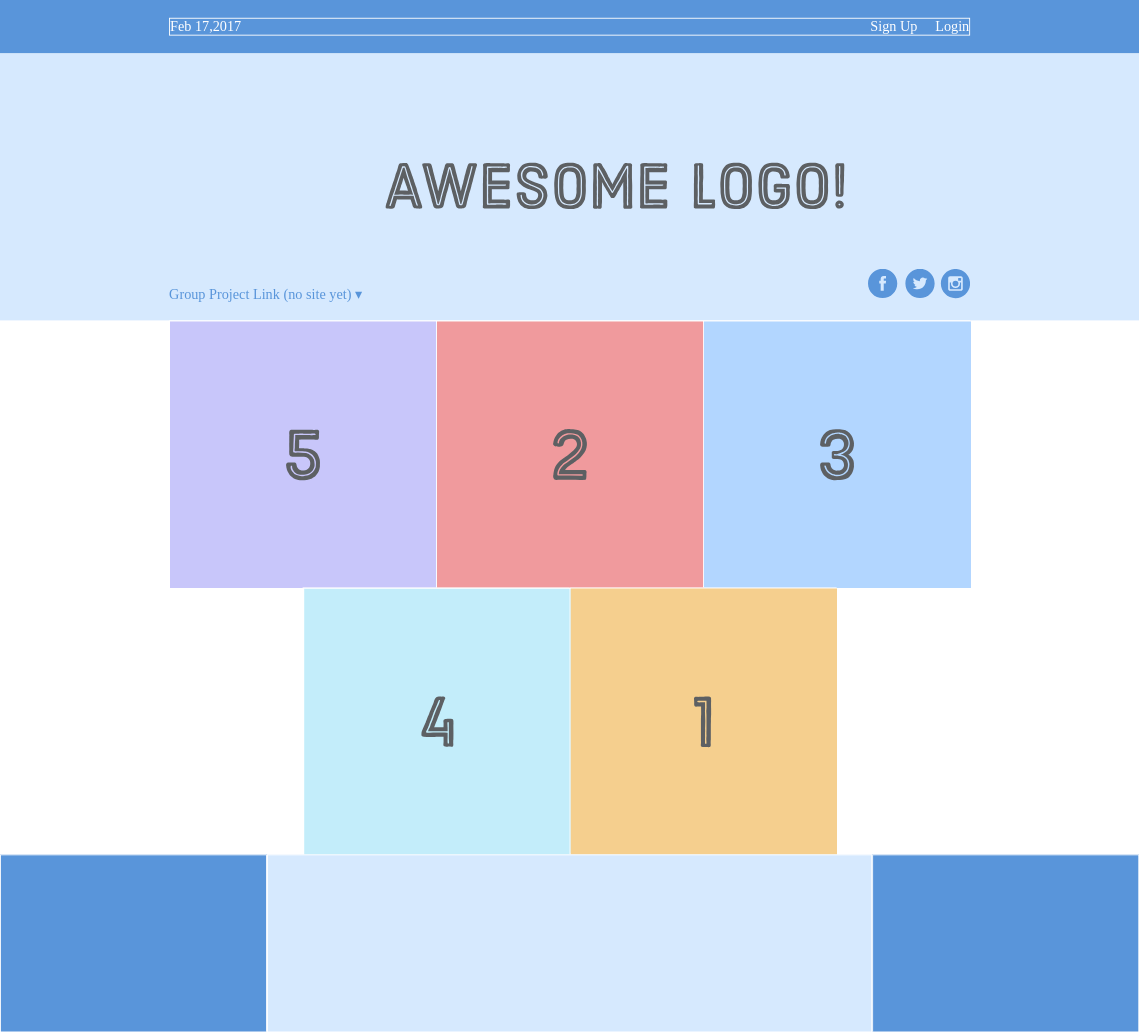
Repository: arkomz/INST377-Lab-Work
Page: client/lab_3/index.html
An editor plug-in stored every save of this project. The page is shown before and after the next save, followed by the edit.
The browser window is 1280 px wide. The pictures show the whole page, at 89% of full size.

Above is the page before, as saved 2021-09-17 13:11:57.

After the next save:
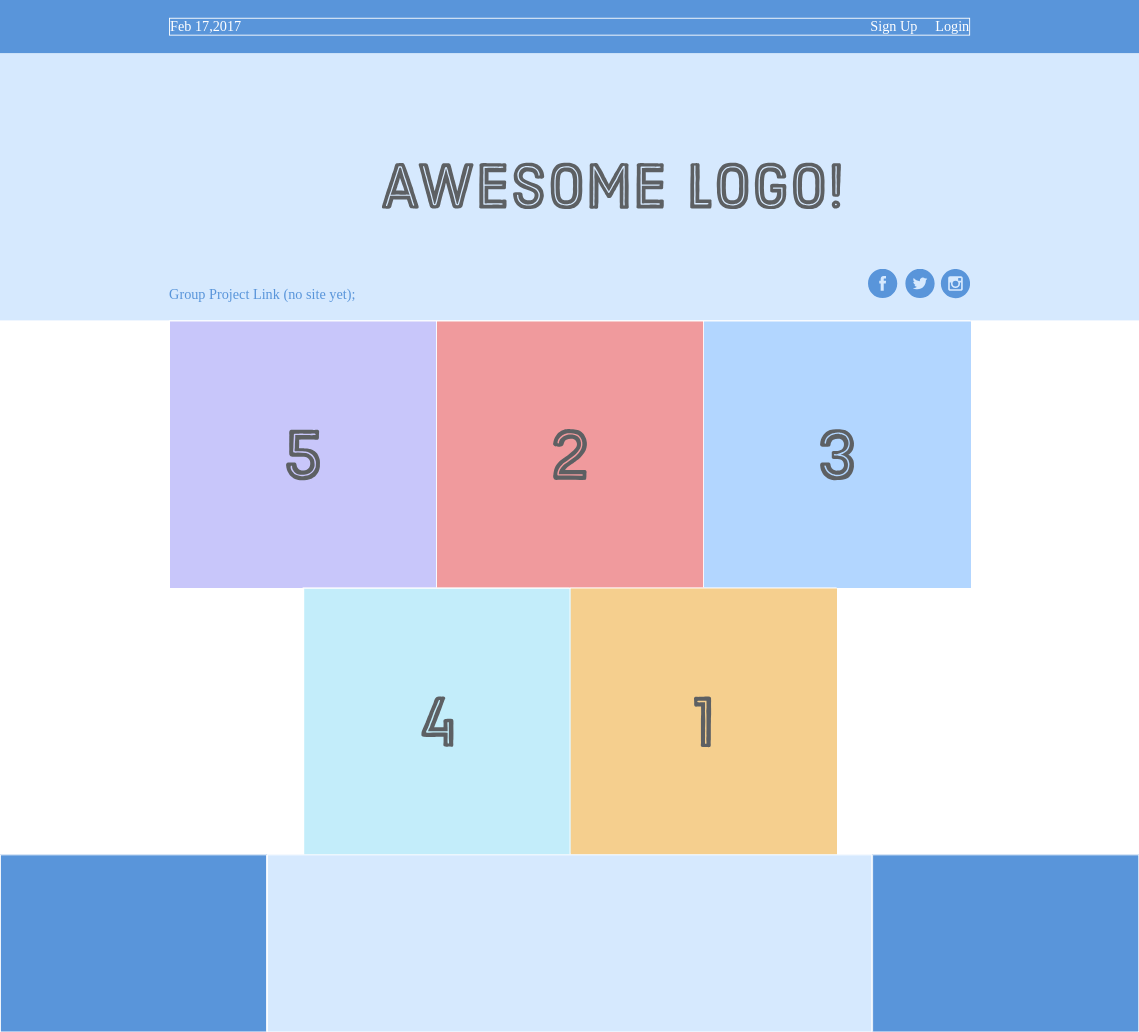
Saved 32 s later.
--- a/client/lab_3/index.html
+++ b/client/lab_3/index.html
@@ -18,7 +18,7 @@
 
       <div class='header-container'>
             <div class='header'>
-            <div class='subscribe'>Group Project Link (no site yet) &#9662;</div>
+            <div class='subscribe'>Group Project Link (no site yet);</div>
             <div class='logo'><img src='images/awesome-logo.svg'/></div>
             <div class='social'><img src='images/social-icons.svg'/></div>
           </div>
